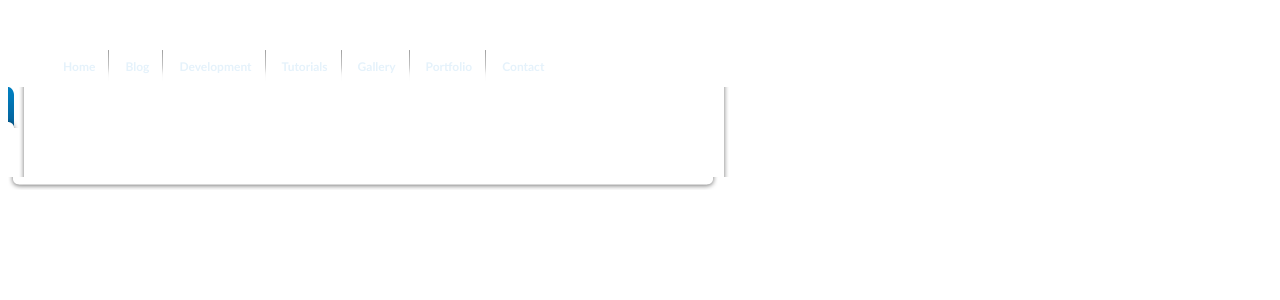
Repository: acura/IssueTrackingSystem
Page: its/WebContent/index1.html
The author's editor kept a copy of each file at every save. The page is drawn from the files as they stood at one save, then again after the next save.
The browser window is 1280 px wide. The pictures show the whole page.

Above is the page before, as saved 2013-02-21 07:29:20.

### its/WebContent/index1.html
<!DOCTYPE html PUBLIC "-//W3C//DTD XHTML 1.0 Strict//EN" "http://www.w3.org/TR/xhtml1/DTD/xhtml1-strict.dtd">

<html xmlns="http://www.w3.org/1999/xhtml" xml:lang="hu" lang="hu">
<head>
	<meta http-equiv="Content-Type" content="text/html; charset=utf-8" />
	<title>Menu</title>

	<style media="all" type="text/css">@import "menu_style.css";</style>
	<!--[if lt IE 7]>
		<link rel="stylesheet" type="text/css" href="/include/ie6.css" media="screen"/>
	<![endif]-->
</head>
<body>
<div class="wrapper1">
	<div class="wrapper">
		<div class="nav-wrapper">
			<div class="nav-left"></div>
			<div class="nav">
				<ul id="navigation">
			   		<li class="active">
						<a href="#">
							<span class="menu-left"></span>
							<span class="menu-mid">Home</span>
							<span class="menu-right"></span>
						</a>
					</li>
			   		<li class="">
						<a href="#">
							<span class="menu-left"></span>
							<span class="menu-mid">Blog</span>
							<span class="menu-right"></span>
						</a>
	            	   	<div class="sub">
			   				<ul>
			   					<li>
									<a href="#">Archives</a>
								</li>
			   					<li>
									<a href="#">Categories</a>
								</li>
			   					<li>
									<a href="#">Top-rated Posts</a>
								</li>
			   					<li>
									<a href="#">Most-viewed Entries</a>
								</li>
			   				</ul>
			   				<div class="btm-bg"></div>
			   			</div>
					</li>
			   		<li class="">
						<a href="#">
							<span class="menu-left"></span>
							<span class="menu-mid">Development</span>
							<span class="menu-right"></span>
						</a>
			   			<div class="sub">
			   				<ul>
			   					<li>
									<a href="#">Wordpress Themes</a>
									</li>
			   					<li>
									<a href="#">Wordpress Plugins</a>
								</li>
			   					<li>
									<a href="#">Mac OS X</a>
								</li>
			   				</ul>
			   				<div class="btm-bg"></div>
			   			</div>
			   		</li>
			   		<li class="">
						<a href="#">
							<span class="menu-left"></span>
							<span class="menu-mid">Tutorials</span>
							<span class="menu-right"></span>
						</a>
	            	   	<div class="sub">
			   				<ul>
			   					<li>
									<a href="#">Photoshop</a>
								</li>
			   					<li>
									<a href="#">Illustrator</a>
								</li>
			   					<li>
									<a href="#">Css, Html</a>
								</li>
								<li>
									<a href="#">Post Your Tutorial!</a>
								</li>
			   				</ul>
			   				<div class="btm-bg"></div>
			   			</div>
					</li>
			   		<li class="">
						<a href="#">
							<span class="menu-left"></span>
							<span class="menu-mid">Gallery</span>
							<span class="menu-right"></span>
						</a>
	            	   	<div class="sub">
			   				<ul>
			   					<li>
									<a href="#">Personal Photos</a>
								</li>
			   					<li>
									<a href="#">My Friends</a>
								</li>
			   					<li>
									<a href="#">Tech</a>
								</li>
			   				</ul>
			   				<div class="btm-bg"></div>
			   			</div>
					</li>
			   		<li class="">
						<a href="#">
							<span class="menu-left"></span>
							<span class="menu-mid">Portfolio</span>
							<span class="menu-right"></span>
						</a>
	            	   	<div class="sub">
			   				<ul>
			   					<li>
									<a href="#">My Works</a>
								</li>
			   				</ul>
			   				<div class="btm-bg"></div>
			   			</div>
					</li>
			   		<li class="last">
						<a href="">
							<span class="menu-left"></span>
							<span class="menu-mid">Contact</span>
							<span class="menu-right"></span>
						</a>
			   		</li>
			   	</ul>
			</div>
			<div class="nav-right"></div>
		</div>
		<div class="content">
			<p>&nbsp;</p>
			<p>&nbsp;</p>

		</div>
		<div class="content-bottom"></div>
	</div>
</div>
</body>
</html>

### its/WebContent/css/menu_style.css
.wrapper1{

	color: blue;
	font: 14px "Futura Medium", "Myriad Pro", "Gill Sans", Helvetica, Verdana, Arial, sans-serif;
	margin: 0;
	padding: 0px 0 0;
	width: 100%;
	}
	.wrapper1 a{
		color: #E5F2FB;
		text-decoration: none;
	}
	.wrapper1 a:hover {
		color: #009966;
	}
	.wrapper1 p {
		margin: 0 0 17px;
		padding: 0;
		line-height: 18px;
	}
.wrapper {

	margin: 0px auto;
	width: 100%;
}
.nav {
	/*background: #fff url(../images/menuback.png) repeat-x;*/
	float: left;
	width: 100%;
}
.nev-wrapper {
	clear: both;
	float: left;
	width: 100%;
}
.nav-left {
	/*background: url(../images/nav_left.png) no-repeat top left;*/
	float: left;
	width: 11px;
	height: 41px;
}
.nav-right {
	background: url(../images/nav_right.png) no-repeat top right;
	float: left;
	width: 11px;
	height: 41px;
}
.nav ul {
	/*width: 648px;*/
	height: 38px;
	float: left;
	margin: 0;
	list-style: none;
	font-size: 12px;
	font-weight: bold;
}
.nav li {
	float: left;
	padding: 0 7px;
	background: url(../images/split.png) no-repeat right center;
	text-align:left;
	font-color: black;
	position: relative;
	z-index: 1;
}
.nav li.last {
	background:none;
}
/*.nav li:hover {
	z-index:2;
}*/
.nav li a {
	display: block;
	line-height: 38px;
	overflow: hidden;
	float: left;
}
a .menu-left {
	/*background: url(../images/menu_left.gif) no-repeat left top;*/
	width: 8px;
	height: 32px;
	line-height: 35px;
	display: block;
	float: left;
	/*color:Blue;*/
}
a .menu-mid {
	/*background: url(../images/menu_mid.gif) repeat-x top left;*/
	height: 32px;
	line-height: 35px;
	display: block;
	float: left;
}
a .menu-right {
	/*background: url(../images/menu_right.gif) no-repeat top left;*/
	width: 8px;
	height: 32px;
	line-height: 35px;
	display: block;
	float: left;
}
.nav li a:hover .menu-left,
.nav li.active a .menu-left,
.nav li:hover a .menu-left,
.nav li a:hover .menu-mid,
.nav li.active a .menu-mid,
.nav li:hover a .menu-mid,
.nav li a:hover .menu-right,
.nav li.active a .menu-right,
.nav li:hover a .menu-right {
	background-position: 0 -37px;
	line-height: 35px;
}
/*.nav li a:hover,
.nav li.active a,
.nav li.hover a,
.nav li:hover a {
	color:white;*/
	background-image: url(../images/top_menu_bg_img.png);
	color:white;
}
.nav li:hover .sub,
.nav li.hover .sub {
	display:block;
}
.nav li .sub {
	display: none;
	position: absolute;
	top: 27px;
	left: 6px;
	background: url(../images/submenu_top.png) no-repeat;
	width: 186px;
	padding-top: 9px;
}
.nav li ul {
	background: url(../images/submenu_bg.png) repeat-y;
	width: 162px;
	height: auto;
	margin: 0;
	padding: 0 12px 10px;
	list-style: none;
	font-size: 12px;
}

.nav li:hover li,
.nav li.active li {
	width: 100%;
	padding: 1px 0 2px;
	border-bottom: 1px #C1D9F0 dashed;
	background: none !important;
}
.nav li:hover li a,
.nav li.active li a {
	color: #003300;
	background: none !important;
	line-height: normal;
	width: 156px;
	padding: 8px 3px 3px;
	text-indent: 1px;
}
.nav li:hover li a:hover,
.nav li.active li a:hover {
	color: white;
	background: url(../images/menu_but_bg14.png)!important;
	text-decoration: none;
	line-height: normal;
}
/*IE*/
.nav li li a:hover,
.nav li li a:hover {
	color: white;
	background: url(../images/background2.png) !important;
	text-decoration: none;
	line-height: normal;
}
/**/
.nav .btm-bg {
	background: url(../images/submenu_bottom.png) no-repeat;
	width: 205px;
	height: 9px;
	overflow: hidden;
	clear: both;
}
.content {
	width: 670px;
	background: transparent url(../images/content_bg.png) repeat-y;
	float: left;
	padding: 10px 20px;
}
.content h1 {
	color: #333;
	font-weight: 400;
	text-transform: uppercase;
	font-size: 18px;
	border-bottom: 1px dashed #C1D9F0;
}
.content h2 {
	font-weight: 400;
	text-transform: uppercase;
	font-size: 14px;
	padding-left: 10px;
	margin-bottom: -5px;
}
.content p {
	padding: 0 15px;
	text-align: justify;
}
.content-bottom {
	width: 710px;
	background: transparent url(../images/content_bottom.png) no-repeat;
	height: 13px;
	float: left;
}

After the next save:
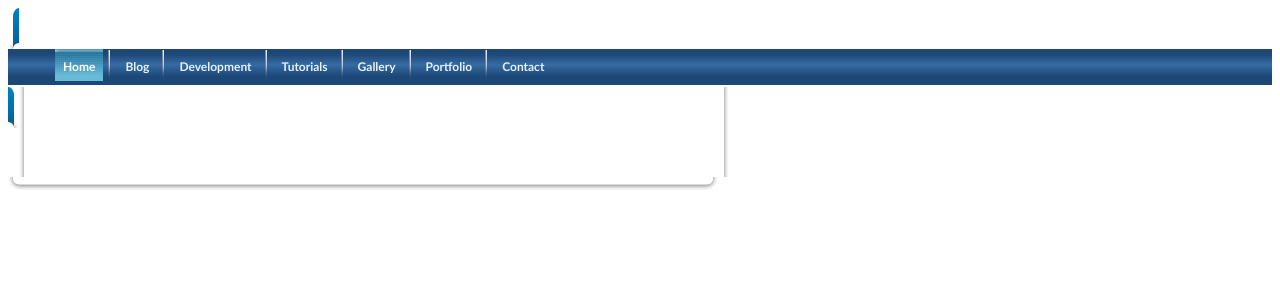
Saved 4 min 0 s later.
--- a/its/WebContent/css/menu_style.css
+++ b/its/WebContent/css/menu_style.css
@@ -1,6 +1,6 @@
 .wrapper1{
 
-	color: blue;
+	color: #a1e2e3;
 	font: 14px "Futura Medium", "Myriad Pro", "Gill Sans", Helvetica, Verdana, Arial, sans-serif;
 	margin: 0;
 	padding: 0px 0 0;
@@ -24,7 +24,7 @@
 	width: 100%;
 }
 .nav {
-	/*background: #fff url(../images/menuback.png) repeat-x;*/
+	background: #fff url(../images/menuback.png) repeat-x;
 	float: left;
 	width: 100%;
 }
@@ -34,7 +34,7 @@
 	width: 100%;
 }
 .nav-left {
-	/*background: url(../images/nav_left.png) no-repeat top left;*/
+	background: url(../images/nav_left.png) no-repeat top left;
 	float: left;
 	width: 11px;
 	height: 41px;
@@ -59,16 +59,16 @@
 	padding: 0 7px;
 	background: url(../images/split.png) no-repeat right center;
 	text-align:left;
-	font-color: black;
+	font-color: #003300;
 	position: relative;
 	z-index: 1;
 }
 .nav li.last {
 	background:none;
 }
-/*.nav li:hover {
+.nav li:hover {
 	z-index:2;
-}*/
+}
 .nav li a {
 	display: block;
 	line-height: 38px;
@@ -82,7 +82,6 @@ a .menu-left {
 	line-height: 35px;
 	display: block;
 	float: left;
-	/*color:Blue;*/
 }
 a .menu-mid {
 	/*background: url(../images/menu_mid.gif) repeat-x top left;*/
@@ -111,13 +110,12 @@ a .menu-right {
 	background-position: 0 -37px;
 	line-height: 35px;
 }
-/*.nav li a:hover,
+.nav li a:hover,
 .nav li.active a,
 .nav li.hover a,
 .nav li:hover a {
-	color:white;*/
+	color: #FFFFFF;
 	background-image: url(../images/top_menu_bg_img.png);
-	color:white;
 }
 .nav li:hover .sub,
 .nav li.hover .sub {
@@ -160,7 +158,7 @@ a .menu-right {
 }
 .nav li:hover li a:hover,
 .nav li.active li a:hover {
-	color: white;
+	color: #fff;
 	background: url(../images/menu_but_bg14.png)!important;
 	text-decoration: none;
 	line-height: normal;
@@ -168,7 +166,7 @@ a .menu-right {
 /*IE*/
 .nav li li a:hover,
 .nav li li a:hover {
-	color: white;
+	color: #fff;
 	background: url(../images/background2.png) !important;
 	text-decoration: none;
 	line-height: normal;
